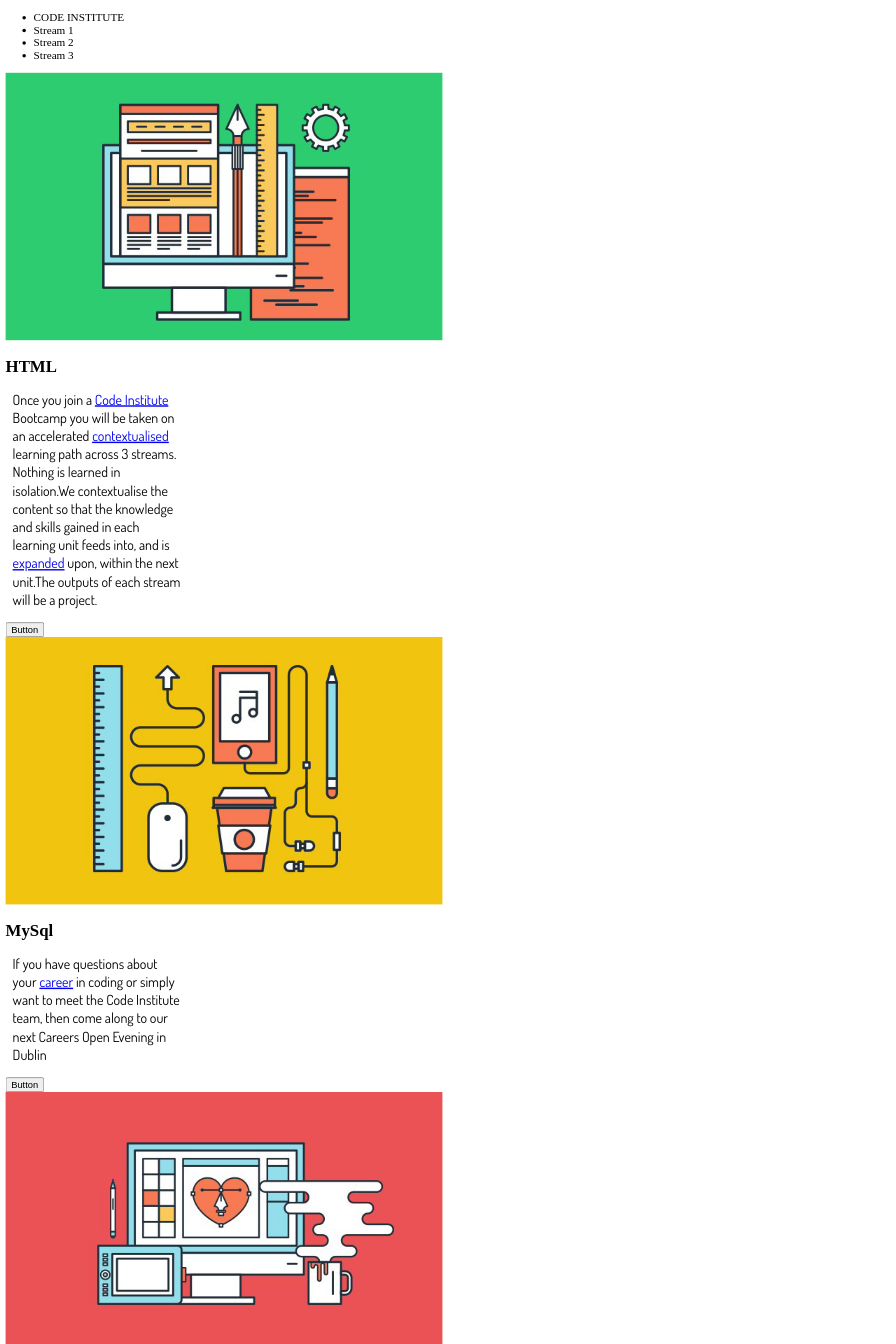
Repository: rory81/jquery
Page: traversing.html
The author's editor kept a record of every edit. The page is drawn from the files as they stood at one moment, then again after the next edit.
The browser window is 1280 px wide. The pictures show the part of the page from y = 0 to 1920 px (the page is 4537 px tall before and 4573 px after), at 70% of full size.
Some web libraries are served in a nearby version.

Above is the page before.

After the next edit:
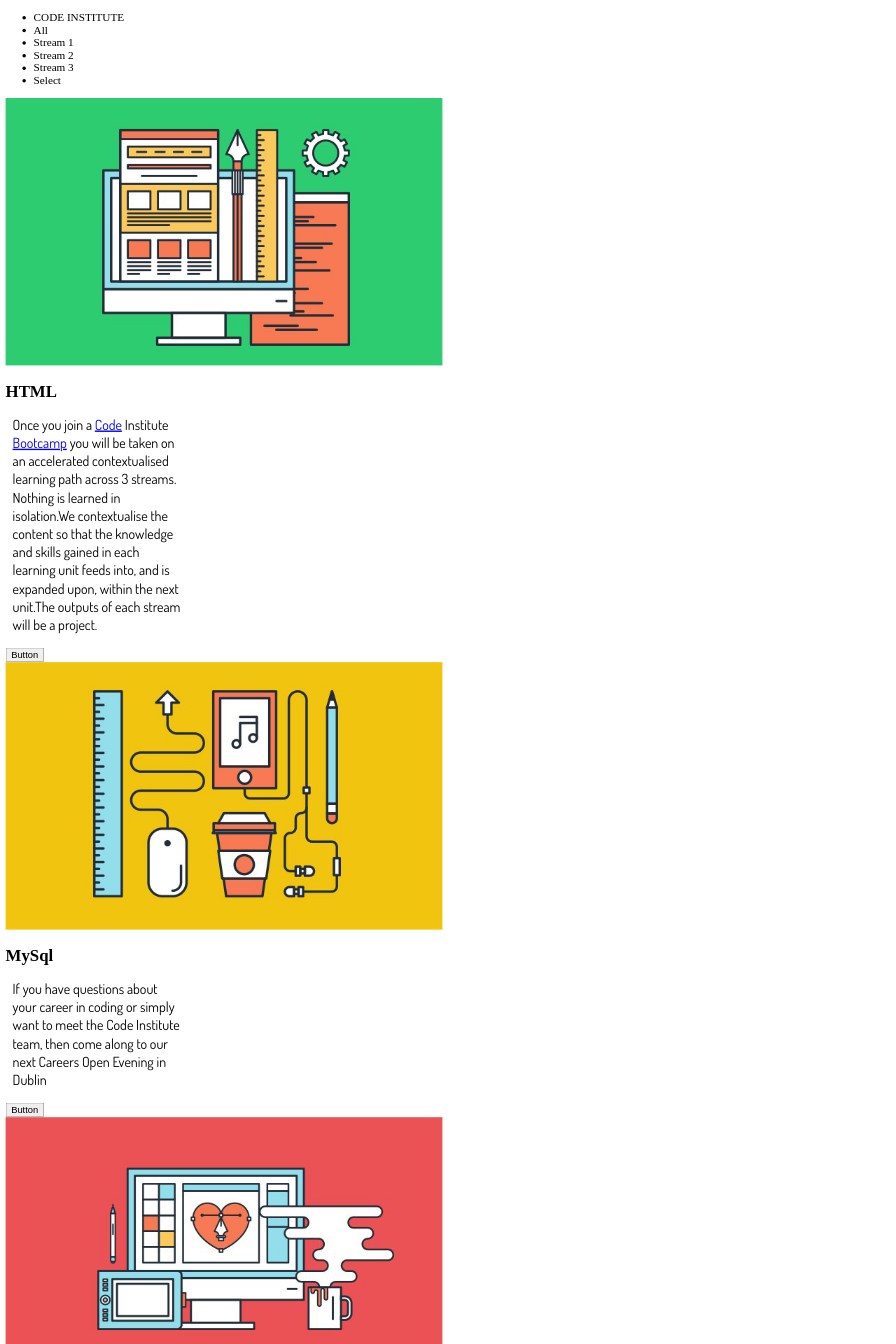
The edit:
--- a/traversing.html
+++ b/traversing.html
@@ -3,8 +3,8 @@
 <head>
 	<meta charset="utf-8" />
 	<meta name="viewport" content="width=device-width, initial-scale=1">
-	<title>jQuery Traversing Mt Dom</title>
-	<link href="style.css" rel="stylesheet">
+	<title>jQuery</title>
+	<link href="css/style.css" rel="stylesheet">
 	<link href='https://fonts.googleapis.com/css?family=Roboto' rel='stylesheet'>
 	<link href='https://fonts.googleapis.com/css?family=Dosis' rel='stylesheet'>
 </head>
@@ -13,61 +13,72 @@
 		<nav>
 			<ul>
 				<li id="logoNav">CODE INSTITUTE</li>
+				<li id="all_btn">All</li>
 				<li id="stream1_btn">Stream 1</li>
 				<li id="stream2_btn">Stream 2</li>
 				<li id="stream3_btn">Stream 3</li>
+				<li id="select_btn">Select</li>
 			</ul>
 		</nav>
 		<div class="card stream1">
 			<img class="card_image" src="img/3.png" alt="code icon">
 			<div class="card_bottom">
-				<h2 class="card_head">HTML</h2>
-				<p class="card_para">Once you join a <a href="#">Code Institute</a> Bootcamp you will be taken on an accelerated <a href="#">contextualised</a>	 learning path across 3 streams. Nothing is learned in isolation.We contextualise the content so that the knowledge and skills gained in each learning unit feeds into, and is <a href="#">expanded</a> upon, within the next unit.The outputs of each stream will be a project. </p>
-				<button class="bottom_button">Button</button>
+				<h2 class="card_head" id='head1'>HTML</h2>
+				<p id='para1' class="card_para">Once you join a <a href='#'>Code</a> Institute <a href='#'>Bootcamp</a> you will be taken on an accelerated contextualised learning path across 3 streams. Nothing is learned in isolation.We contextualise the content so that the knowledge and skills gained in each learning unit feeds into, and is expanded upon, within the next unit.The outputs of each stream will be a project. </p>
+				<button   class="bottom_button">Button</button>
 			</div>
 		</div>
 		<div class="card stream3">
 			<img class="card_image" src="img/1.png" alt="code icon">
-			<h2 class="card_head">MySql</h2>
-			<p class="card_para">If you have questions about your <a href="#">career</a> in coding or simply want to meet the Code Institute team, then come along to our next Careers Open Evening in Dublin</p>
-			<button class="bottom_button">Button</button>
+			<div class="card_bottom">
+				<h2 class="card_head">MySql</h2>
+				<p class="card_para">If you have questions about your career in coding or simply want to meet the Code Institute team, then come along to our next Careers Open Evening in Dublin</p>
+				<button   class="bottom_button">Button</button>
+			</div>
 		</div>
 
 		<div class="card stream2">
 			<img class="card_image" src="img/2.png" alt="code icon">
-			<h2 class="card_head">Python</h2>
-			<p class="card_para">If you have <a href="#">questions</a> about your career in coding or simply want to meet the  Code Institute team, then come along to our next <a href="#">Careers</a> Open Evening in Dublin</p>
-			<button class="bottom_button">Button</button>
+			<div class="card_bottom">
+				<h2 class="card_head">Python</h2>
+				<p class="card_para">If you have questions about your career in coding or simply want to meet the Code Institute team, then come along to our next Careers Open Evening in Dublin</p>
+				<button  class="bottom_button">Button</button>
+			</div>
 		</div>
 		<div class="card stream1">
 			<img class="card_image" src="img/3.png" alt="code icon">
 			<div class="card_bottom">
 				<h2 class="card_head">jQuery</h2>
-				<p class="card_para">Once you join a Code Institute Bootcamp you will be taken on an accelerated contextualised learning path across 3 <a href="#">streams</a>. Nothing is learned in isolation.We contextualise the content so that the knowledge and skills gained in each <a href="#">learning</a> unit feeds into, and is expanded upon, within the next unit.The outputs of each stream will be a project. </p>
-				<button class="bottom_button">Button</button>
+				<p class="card_para">Once you join a Code Institute Bootcamp you will be taken on an accelerated contextualised learning path across 3 streams. Nothing is learned in isolation.We contextualise the content so that the knowledge and skills gained in each learning unit feeds into, and is expanded upon, within the next unit.The outputs of each stream will be a project. </p>
+				<button   class="bottom_button">Button</button>
 			</div>
 		</div>
 		<div class="card stream3">
 			<img class="card_image" src="img/4.png" alt="code icon">
-			<h2 class="card_head">Django</h2>
-			<p class="card_para">The syllabus has been developed to help you transform your career. The summarised syllabus, below, provides you with a <a href="#">snapshop</a> of what skills you will come away with. Feel free to contact us for more detail on what you will learn.</p>
-			<button class="bottom_button">Button</button>
+			<div class="card_bottom">
+				<h2 class="card_head">Django</h2>
+				<p class="card_para">The syllabus has been developed to help you transform your career. The summarised syllabus, below, provides you with a snapshop of what skills you will come away with. Feel free to contact us for more detail on what you will learn.</p>
+				<button class="bottom_button">Button</button>
+			</div>
 		</div>
 		<div class="card stream1">
-			<img class="card_image" src="images/1.png" alt="code icon">
-			<h2 class="card_head">CSS</h2>
-			<p class="card_para">The <a href="#">syllabus</a> has been developed to help you transform your career. The summarised syllabus, below, provides you with a snapshop of what skills you will come away with. Feel free to contact us for more detail on what you will learn.</p>
-			<button class="bottom_button">Button</button>
+			<img class="card_image" src="img/1.png" alt="code icon">
+			<div class="card_bottom">
+				<h2 class="card_head">CSS</h2>
+				<p class="card_para">The syllabus has been developed to help you transform your career. The summarised syllabus, below, provides you with a snapshop of what skills you will come away with. Feel free to contact us for more detail on what you will learn.</p>
+				<button class="bottom_button">Button</button>
+			</div>
 		</div>
 		<div id="my_footer">
 			<p id="copyright">Copyright Infomation</p>
 		</div>
 	</div>
+
 	<script
 	src="https://code.jquery.com/jquery-3.2.1.js"
 	integrity="sha256-DZAnKJ/6XZ9si04Hgrsxu/8s717jcIzLy3oi35EouyE="
 	crossorigin="anonymous"></script>
-	<script src="script.js"></script> <!-- Scripts located at the bottom of the body to insure page is fully loaded before execution -->
+	<script src="js/script.js"></script> <!-- Scripts located at the bottom of the body to insure page is fully loaded before execution -->
 
 </body>
 </html>

After the 2 edits that followed:
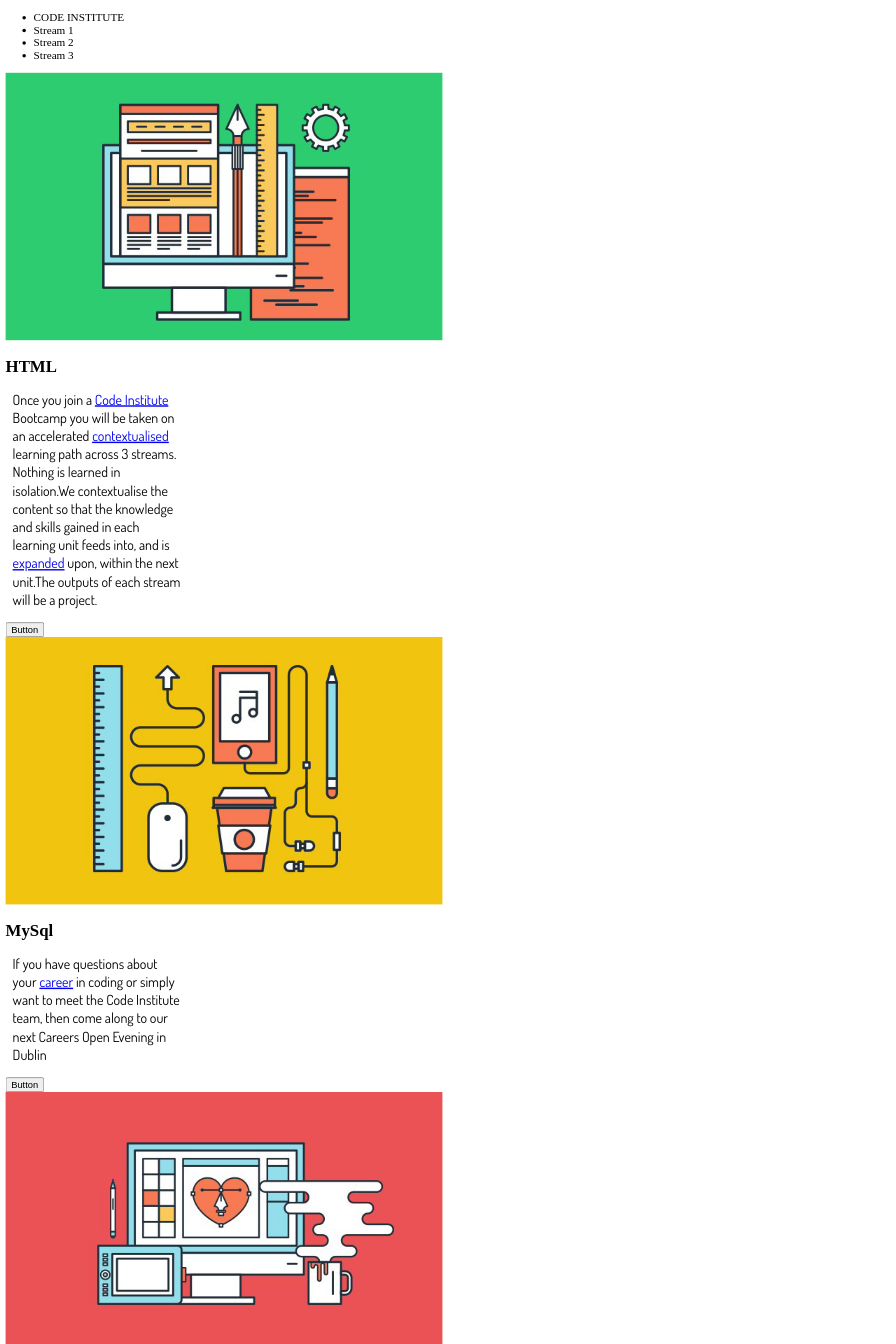
The 2 edits are shown as one change because 1 left the picture as it was.
The edit:
--- a/traversing.html
+++ b/traversing.html
@@ -3,7 +3,7 @@
 <head>
 	<meta charset="utf-8" />
 	<meta name="viewport" content="width=device-width, initial-scale=1">
-	<title>jQuery</title>
+	<title>jQuery Traversing Mt Dom</title>
 	<link href="css/style.css" rel="stylesheet">
 	<link href='https://fonts.googleapis.com/css?family=Roboto' rel='stylesheet'>
 	<link href='https://fonts.googleapis.com/css?family=Dosis' rel='stylesheet'>
@@ -13,27 +13,25 @@
 		<nav>
 			<ul>
 				<li id="logoNav">CODE INSTITUTE</li>
-				<li id="all_btn">All</li>
 				<li id="stream1_btn">Stream 1</li>
 				<li id="stream2_btn">Stream 2</li>
 				<li id="stream3_btn">Stream 3</li>
-				<li id="select_btn">Select</li>
 			</ul>
 		</nav>
 		<div class="card stream1">
 			<img class="card_image" src="img/3.png" alt="code icon">
 			<div class="card_bottom">
-				<h2 class="card_head" id='head1'>HTML</h2>
-				<p id='para1' class="card_para">Once you join a <a href='#'>Code</a> Institute <a href='#'>Bootcamp</a> you will be taken on an accelerated contextualised learning path across 3 streams. Nothing is learned in isolation.We contextualise the content so that the knowledge and skills gained in each learning unit feeds into, and is expanded upon, within the next unit.The outputs of each stream will be a project. </p>
-				<button   class="bottom_button">Button</button>
+				<h2 class="card_head">HTML</h2>
+				<p class="card_para">Once you join a <a href="#">Code Institute</a> Bootcamp you will be taken on an accelerated <a href="#">contextualised</a>	 learning path across 3 streams. Nothing is learned in isolation.We contextualise the content so that the knowledge and skills gained in each learning unit feeds into, and is <a href="#">expanded</a> upon, within the next unit.The outputs of each stream will be a project. </p>
+				<button class="bottom_button">Button</button>
 			</div>
 		</div>
 		<div class="card stream3">
 			<img class="card_image" src="img/1.png" alt="code icon">
 			<div class="card_bottom">
 				<h2 class="card_head">MySql</h2>
-				<p class="card_para">If you have questions about your career in coding or simply want to meet the Code Institute team, then come along to our next Careers Open Evening in Dublin</p>
-				<button   class="bottom_button">Button</button>
+				<p class="card_para">If you have questions about your <a href="#">career</a> in coding or simply want to meet the Code Institute team, then come along to our next Careers Open Evening in Dublin</p>
+				<button class="bottom_button">Button</button>
 			</div>
 		</div>
 
@@ -41,23 +39,23 @@
 			<img class="card_image" src="img/2.png" alt="code icon">
 			<div class="card_bottom">
 				<h2 class="card_head">Python</h2>
-				<p class="card_para">If you have questions about your career in coding or simply want to meet the Code Institute team, then come along to our next Careers Open Evening in Dublin</p>
-				<button  class="bottom_button">Button</button>
+				<p class="card_para">If you have <a href="#">questions</a> about your career in coding or simply want to meet the  Code Institute team, then come along to our next <a href="#">Careers</a> Open Evening in Dublin</p>
+				<button class="bottom_button">Button</button>
 			</div>
 		</div>
 		<div class="card stream1">
 			<img class="card_image" src="img/3.png" alt="code icon">
 			<div class="card_bottom">
 				<h2 class="card_head">jQuery</h2>
-				<p class="card_para">Once you join a Code Institute Bootcamp you will be taken on an accelerated contextualised learning path across 3 streams. Nothing is learned in isolation.We contextualise the content so that the knowledge and skills gained in each learning unit feeds into, and is expanded upon, within the next unit.The outputs of each stream will be a project. </p>
-				<button   class="bottom_button">Button</button>
+				<p class="card_para">Once you join a Code Institute Bootcamp you will be taken on an accelerated contextualised learning path across 3 <a href="#">streams</a>. Nothing is learned in isolation.We contextualise the content so that the knowledge and skills gained in each <a href="#">learning</a> unit feeds into, and is expanded upon, within the next unit.The outputs of each stream will be a project. </p>
+				<button class="bottom_button">Button</button>
 			</div>
 		</div>
 		<div class="card stream3">
 			<img class="card_image" src="img/4.png" alt="code icon">
 			<div class="card_bottom">
 				<h2 class="card_head">Django</h2>
-				<p class="card_para">The syllabus has been developed to help you transform your career. The summarised syllabus, below, provides you with a snapshop of what skills you will come away with. Feel free to contact us for more detail on what you will learn.</p>
+				<p class="card_para">The syllabus has been developed to help you transform your career. The summarised syllabus, below, provides you with a <a href="#">snapshop</a> of what skills you will come away with. Feel free to contact us for more detail on what you will learn.</p>
 				<button class="bottom_button">Button</button>
 			</div>
 		</div>
@@ -65,7 +63,7 @@
 			<img class="card_image" src="img/1.png" alt="code icon">
 			<div class="card_bottom">
 				<h2 class="card_head">CSS</h2>
-				<p class="card_para">The syllabus has been developed to help you transform your career. The summarised syllabus, below, provides you with a snapshop of what skills you will come away with. Feel free to contact us for more detail on what you will learn.</p>
+				<p class="card_para">The <a href="#">syllabus</a> has been developed to help you transform your career. The summarised syllabus, below, provides you with a snapshop of what skills you will come away with. Feel free to contact us for more detail on what you will learn.</p>
 				<button class="bottom_button">Button</button>
 			</div>
 		</div>
@@ -73,7 +71,6 @@
 			<p id="copyright">Copyright Infomation</p>
 		</div>
 	</div>
-
 	<script
 	src="https://code.jquery.com/jquery-3.2.1.js"
 	integrity="sha256-DZAnKJ/6XZ9si04Hgrsxu/8s717jcIzLy3oi35EouyE="
